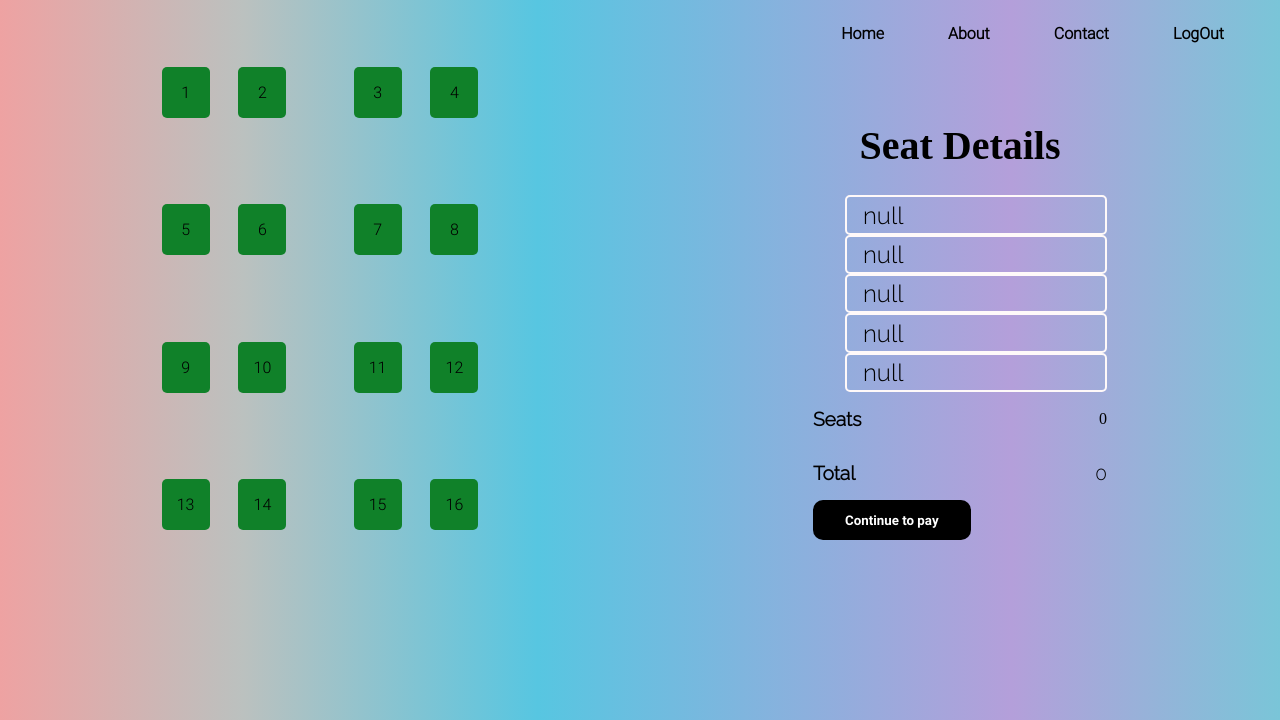
Repository: Savindushehan/RouteMaster-Group-project
Page: http://localhost/RouterMaster/UpdateBooking.jsp
The author's editor kept a copy of each file at every save. The page is drawn from the files as they stood at one save, then again after the next save.
The browser window is 1280 px wide. The pictures show the whole page.
The page is served by Tomcat 10.

Above is the page before, as saved 2023-10-27 06:20:11.

After the next save:
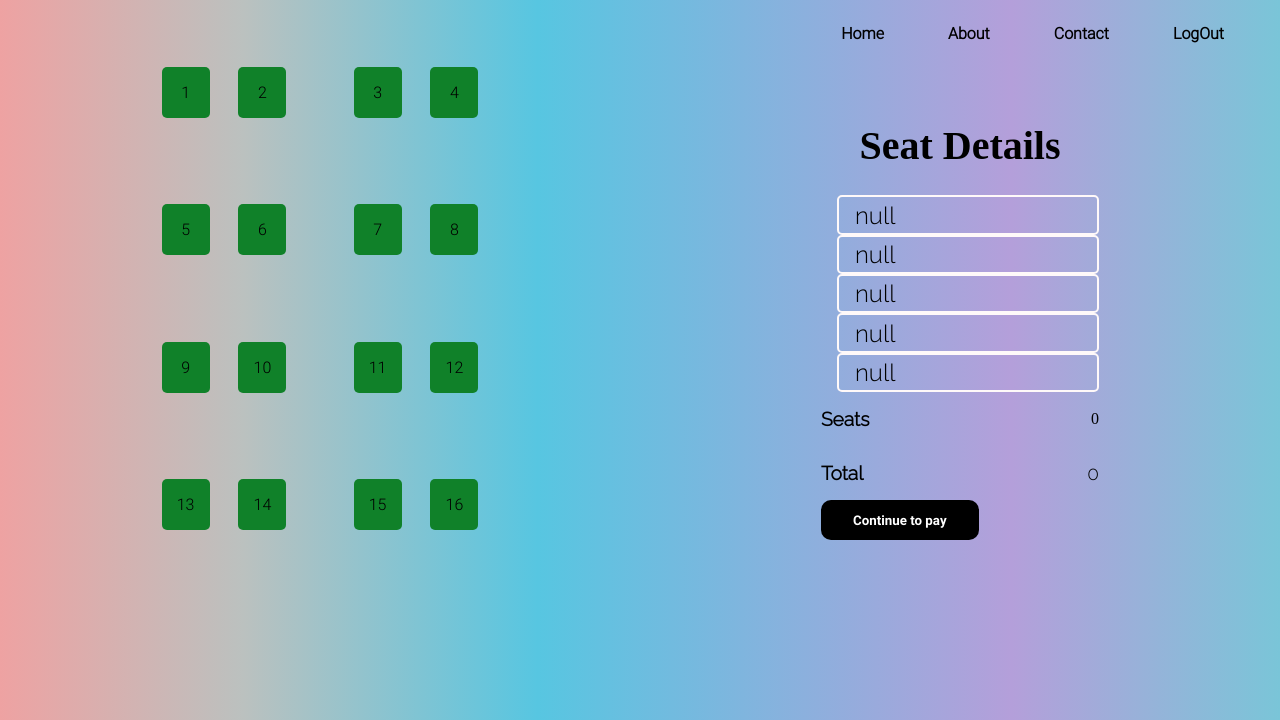
Saved 13 s later.
--- a/RouteMaster/RouterMaster/src/main/webapp/UpdateBooking.jsp
+++ b/RouteMaster/RouterMaster/src/main/webapp/UpdateBooking.jsp
@@ -142,7 +142,6 @@
             margin-left: 1rem;
 
         }
-
          input{
           font-size: 1.5rem;
           font-family:'Raleway-Light';
@@ -161,7 +160,7 @@
          transform:scale(1.15);
         }
 		.column10{
-		   margin-left:2rem;
+		   margin-left:1rem;
 
 		}
         </style>
